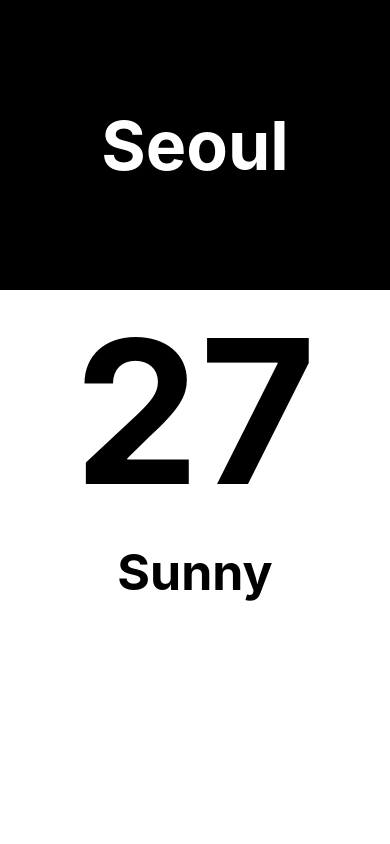
Repository: NewTurn2017/React-Native-Weather-App
Screen: /
These files come from the project's save history. The screen is drawn as it stood at one moment and after the next save; the edit follows.
The app was drawn by React Native's web renderer in a window 390 px wide. The project was rebuilt for these pictures with package versions that can differ from the ones it lists, and the page was loaded fresh each time.

Above is the screen before, as saved 2023-04-21 11:57:32.

### App.js
import { StatusBar } from 'expo-status-bar'
import { View, Text, StyleSheet, ScrollView, Dimensions } from 'react-native'
const { width: SCREEN_WIDTH } = Dimensions.get('window')

export default function App() {
  return (
    <View style={styles.container}>
      <StatusBar style="light" />
      <View style={styles.city}>
        <Text style={styles.cityName}>Seoul</Text>
      </View>

      <ScrollView pagingEnabled horizontal style={styles.weather}>
        <View style={styles.day}>
          <Text style={styles.temp}>27</Text>
          <Text style={styles.description}>Sunny</Text>
        </View>
        <View style={styles.day}>
          <Text style={styles.temp}>27</Text>
          <Text style={styles.description}>Sunny</Text>
        </View>
        <View style={styles.day}>
          <Text style={styles.temp}>27</Text>
          <Text style={styles.description}>Sunny</Text>
        </View>
        <View style={styles.day}>
          <Text style={styles.temp}>27</Text>
          <Text style={styles.description}>Sunny</Text>
        </View>
        <View style={styles.day}>
          <Text style={styles.temp}>27</Text>
          <Text style={styles.description}>Sunny</Text>
        </View>
      </ScrollView>
    </View>
  )
}
const styles = StyleSheet.create({
  container: {
    flex: 1,
    backgroundColor: 'black',
  },
  cityName: {
    color: 'white',
    fontSize: 68,
    fontWeight: 'bold',
  },
  city: {
    flex: 1.2,
    backgroundColor: 'black',
    alignItems: 'center',
    justifyContent: 'center',
  },
  weather: {
    backgroundColor: 'white',
  },
  day: {
    width: SCREEN_WIDTH,
    alignItems: 'center',
  },
  temp: {
    color: 'black',
    fontSize: 200,
    fontWeight: 'bold',
  },
  description: {
    color: 'black',
    fontSize: 50,
    fontWeight: 'bold',
    marginTop: 10, // Add marginTop to reduce the gap between temp and description
  },
})

After the next save:
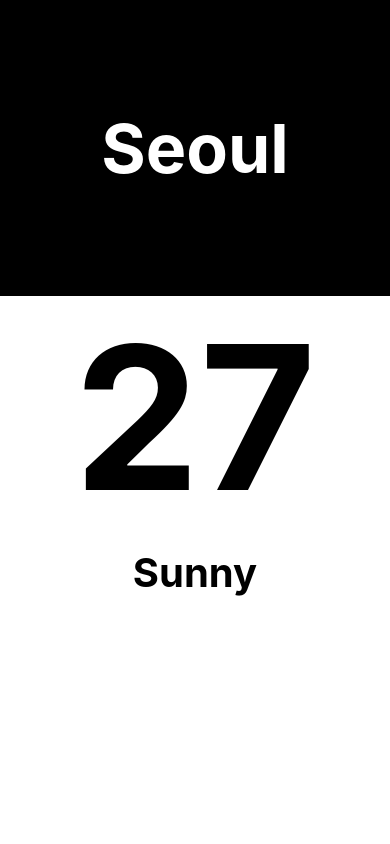
Saved 5 s later.
--- a/App.js
+++ b/App.js
@@ -65,7 +65,7 @@ const styles = StyleSheet.create({
   },
   description: {
     color: 'black',
-    fontSize: 50,
+    fontSize: 40,
     fontWeight: 'bold',
     marginTop: 10, // Add marginTop to reduce the gap between temp and description
   },
